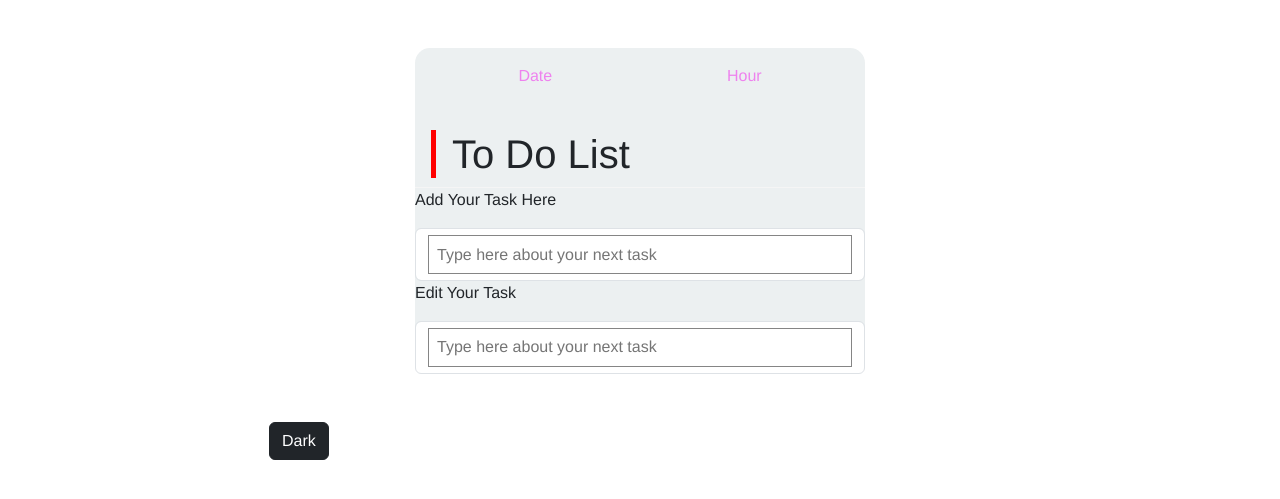
Repository: Passionblaz/TODO
Page: TODO/Untitled-1.html
The author's editor kept a copy of each file at every save. The page is drawn from the files as they stood at one save, then again after a run of saves.
The browser window is 1280 px wide. The pictures show the whole page.

Above is the page before, as saved 2023-07-14 12:51:53.

### TODO/Untitled-1.html
<!DOCTYPE html>
<html lang="en">
<head>
  <meta charset="UTF-8">
  <meta name="viewport" content="width=device-width, initial-scale=1.0">
  <title>Document</title>
  <link href="https://cdn.jsdelivr.net/npm/bootstrap@5.3.0/dist/css/bootstrap.min.css" rel="stylesheet" integrity="sha384-9ndCyUaIbzAi2FUVXJi0CjmCapSmO7SnpJef0486qhLnuZ2cdeRhO02iuK6FUUVM" crossorigin="anonymous">
  <!-- Bootstrap Bundle JS (jsDelivr CDN) -->
  <script defer src="https://cdn.jsdelivr.net/npm/bootstrap@5.3.0/dist/js/bootstrap.bundle.min.js" integrity="sha384-geWF76RCwLtnZ8qwWowPQNguL3RmwHVBC9FhGdlKrxdiJJigb/j/68SIy3Te4Bkz" crossorigin="anonymous"></script>
  <link rel="stylesheet" href="todostyles.css">
</head>
<body>
<div class="todo-container">
  <div class="date-hour">
    <p class="date">Date</p>
    <p class="hour">Hour</p>
  </div>
<header>
  <h1>To Do List</h1>
</header>

<form action="" id="todo-form">
  <p>Add Your Task Here</p>
<div class="form-control">
<input type="text" id="todo-input" placeholder="Type here about your next task">

</div>

</form>

<form action="" id="edit-form">
  <p>Edit Your Task</p>
<div class="form-control">
<input type="text" id="edit-input" placeholder="Type here about your next task">

</div>

</form>

</div>



  <div class="button">
     <button type="button" class="btn btn-dark">Dark</button>
    </div>


    </body>
</html>

### TODO/todostyles.css
*{
  padding: 0;
  margin: 0;
  box-sizing: border-box;
}
body{
  font-family: 'Franklin Gothic Medium', 'Arial Narrow', Arial, sans-serif;
  background: rgb(red, green, blue);

}
.form-control {
  display: flex;
}
.form-control input {
  flex: 1;
  outline: 0;
box-shadow: none;
border: 1px solid #858585;
}
.form-control button:hover {
  background-color: green;
}
.date-hour {
  display: flex;
  justify-content: space-around;
  align-items:center;
  padding: 1rem 1rem 1.5rem 1rem;
  font-size: 16px;
  color: violet;
}
button {
  background-color: darkorange;
  color: blue;
  border: 2px solid red;
  padding: 0.2rem 0.4rem;
  font-size: .8rem;
  cursor: pointer;
  justify-content: center;
  align-items: center;
  transition: .4s;
  border: 1px solid orange;
}
button:hover {
  background-color: orangered;
  color: white;
}
button > i {
  font-weight: bold;
  pointer-events: none;
}
input {
  padding: .4rem .5rem;
}
.hide {
  display: none;
}
.todo-container {
  background-color: #ecf0f1;
  border-radius: 15px;
  width: 450px;
  margin: 3rem auto;
  padding: 1.5.rem;
}
.todo-container header {
  padding: 0.1rem 1rem;
border-bottom: 1px solid whitesmoke;
}
header >h1 {
  padding-left: 16px;
  border-left: 5px solid red;
}


.button {
  padding-left: 269px;

}

After the next 2 saves:
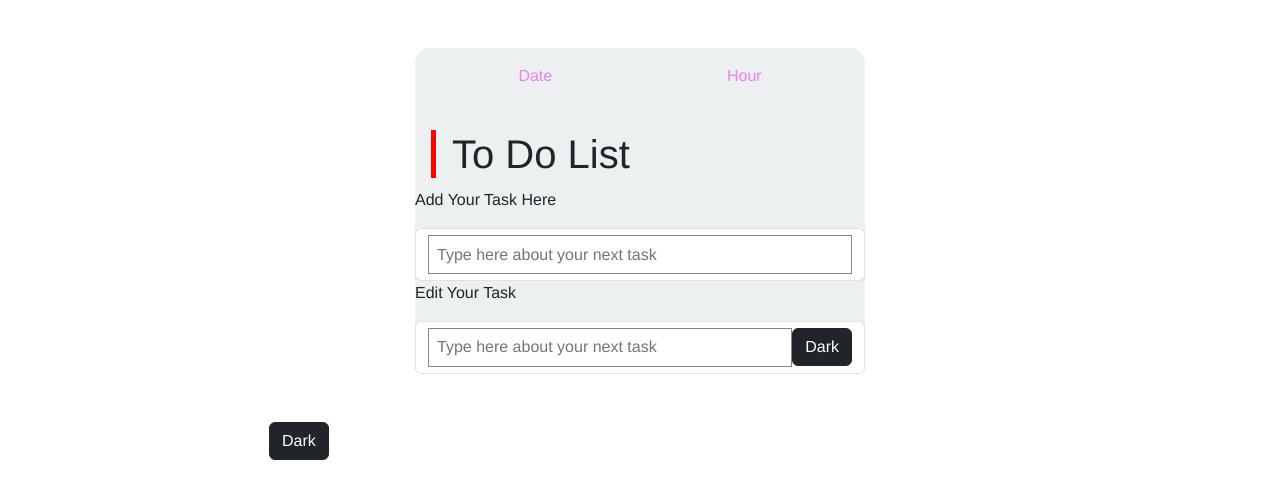
The 2 saves are shown as one change because they came seconds apart.
The last was saved 42 s later.
--- a/TODO/Untitled-1.html
+++ b/TODO/Untitled-1.html
@@ -32,7 +32,9 @@
   <p>Edit Your Task</p>
 <div class="form-control">
 <input type="text" id="edit-input" placeholder="Type here about your next task">
-
+<div class="button2">
+  <button type="button" class="btn btn-dark">Dark</button>
+ </div>
 </div>
 
 </form>
